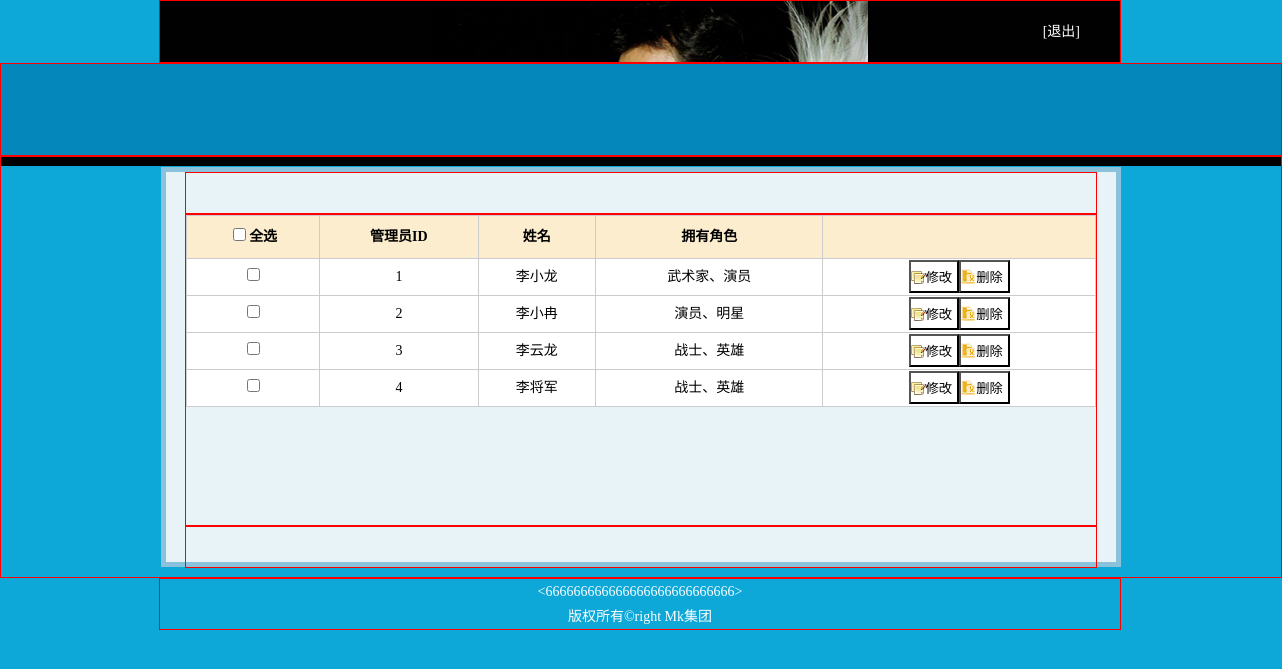
Repository: MasterKweng/workspace
Page: WebBasic/WebContent/Day02/demo6.html
These files come from the project's save history. The page is drawn as it stood at one moment and after the next save; the edit follows.
The browser window is 1280 px wide. The page is 1282 px wide, so the pictures cover 1282 px, including what lies to the right of the window. The pictures show the whole page.

Above is the page before, as saved 2018-01-04 08:46:01.

After the next save:
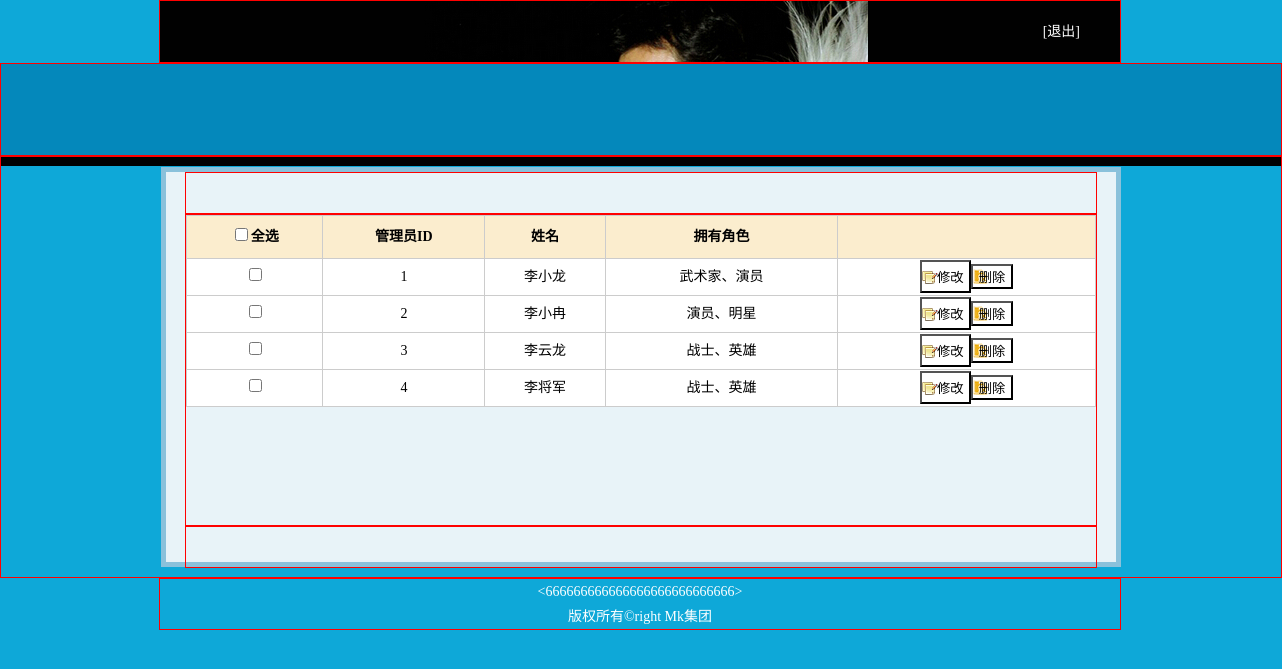
Saved 44 s later.
--- a/WebBasic/WebContent/Day02/demo6.html
+++ b/WebBasic/WebContent/Day02/demo6.html
@@ -122,7 +122,7 @@
 			background:url(../img/modify.png) no-repeat left;
 		}
 		.delete{
-			padding:5px 5px 5px 15px;
+
 			background:url(../img/delete.png) no-repeat left;
 		}
 

After the save that followed:
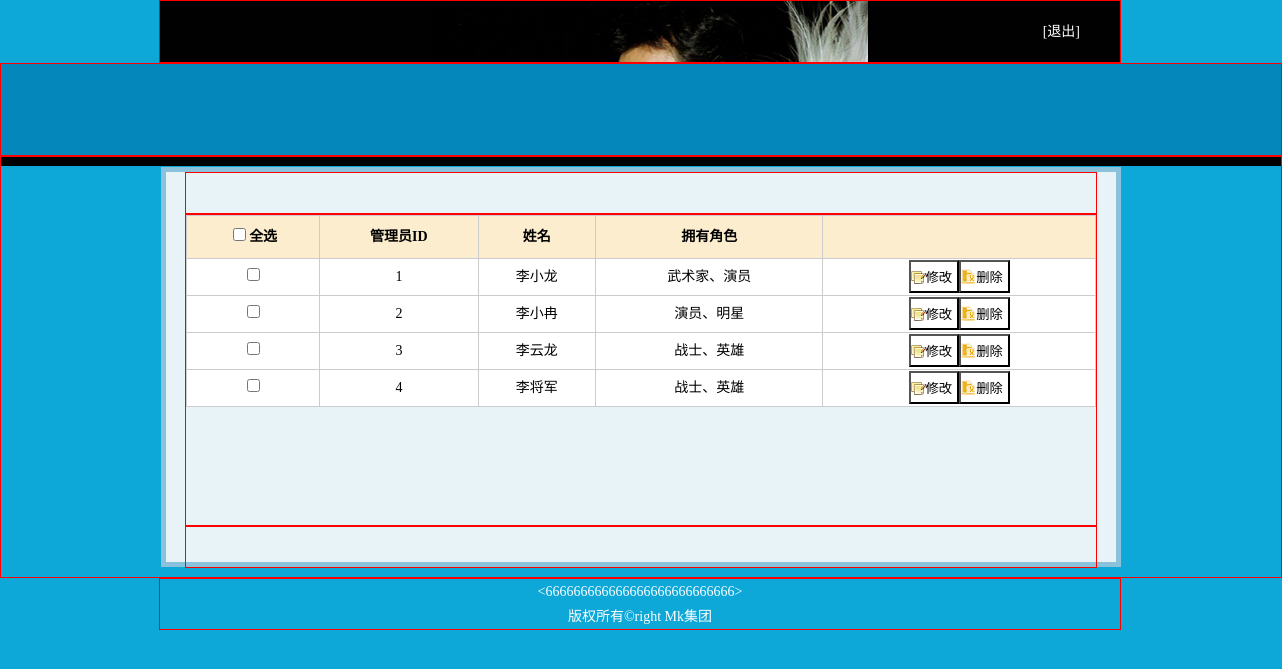
Saved 4 s later.
--- a/WebBasic/WebContent/Day02/demo6.html
+++ b/WebBasic/WebContent/Day02/demo6.html
@@ -122,7 +122,7 @@
 			background:url(../img/modify.png) no-repeat left;
 		}
 		.delete{
-
+			padding:5px 5px 5px 15px;
 			background:url(../img/delete.png) no-repeat left;
 		}
 
